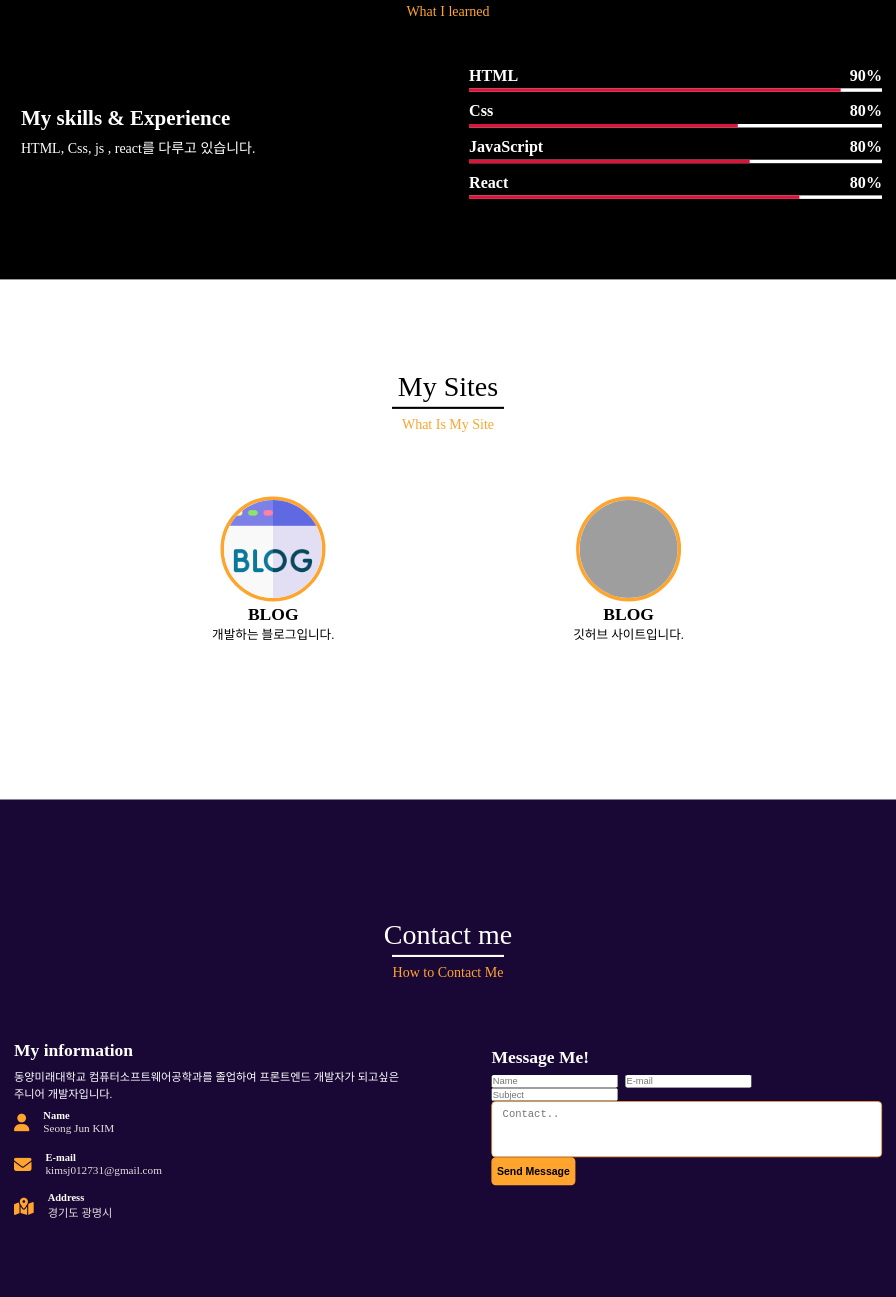
Repository: jun01270/jun
Page: index.html
The author's editor kept a copy of each file at every save. The page is drawn from the files as they stood at one save, then again after the next save.
The browser window is 1280 px wide. The pictures show the part of the page from y = 1903 to 3823 px (the page is 3756 px tall before and 3823 px after), at 70% of full size.
Pictures or frames that could not be fetched are drawn as grey boxes. Some web libraries are served in a nearby version.

Above is the page before, as saved 2023-05-11 16:43:58.

### index.html
<!DOCTYPE html>
<html lang="en">
  <head>
    <meta charset="UTF-8" />
    <meta http-equiv="X-UA-Compatible" content="IE=edge" />
    <meta name="viewport" content="width=device-width, initial-scale=1.0" />
    <link rel="stylesheet" href="./css/style.css" />
    <link rel="stylesheet" href="./css/home.css" />
    <link rel="stylesheet" href="./css/about.css" />
    <link rel="stylesheet" href="./css/skills.css" />
    <link rel="stylesheet" href="./css/mysites.css" />
    <link rel="stylesheet" href="./css/contact.css" />

    <script
      src="https://kit.fontawesome.com/252eac6dbf.js"
      crossorigin="anonymous"
    ></script>
    <title>Jun's site</title>
  </head>
  <body>
    <nav class="navbar">
      <div class="max-width">
        <div class="logo">
          <a href="#home">Jun's <span>Site</span></a>
        </div>
        <ul class="menu-bar">
          <li><a href="#home" class="menu-btn" id="homeID">Home</a></li>
          <li><a href="#about" class="menu-btn" id="homeID">About</a></li>
          <li><a href="#skills" class="menu-btn">Skills</a></li>
          <li><a href="#my-sites" class="menu-btn">My Sties</a></li>
          <li><a href="#contact" class="menu-btn">Contact</a></li>
        </ul>
      </div>
    </nav>

    <!--home섹션-->
    <section class="home" id="home">
      <div class="max-width">
        <div class="home-section">
          <div class="text-1">Hello! My Name is</div>
          <div class="text-2">Seong Jun KIM</div>
          <div class="text-3">My skills <span class="typing1">HTML</span></div>
        </div>
      </div>
    </section>

    <!--about섹션-->
    <section class="about" id="about">
      <div class="max-width">
        <h2 class="title">About</h2>
        <div class="about-content">
          <div class="left-column"><img src="./img/profile.jpg" /></div>
          <div class="right-column">
            <div class="about-text">I'm Seong Jun KIM</div>
            <div class="about-skills">
              My skills <span class="typing2">HTML</span>
            </div>
            <p>
              안녕하세요 프론트엔드 개발자를 꿈꾸는 주니어 개발자 김성준입니다.
            </p>
          </div>
        </div>
      </div>
    </section>

    <!--skills섹션-->
    <section class="skills" id="skills">
      <div class="max-width">
        <h2 class="title">My Skills</h2>
        <div class="skills-content">
          <div class="left-column">
            <div class="skills-text">
              <div class="sub-title">My skills & Experience</div>
              <p>HTML, Css, js , react를 다루고 있습니다.</p>
            </div>
          </div>
          <div class="right-column">
            <div class="bars">
              <div class="bars-content">
                <span>HTML</span>
                <span>90%</span>
              </div>
              <div class="line html"></div>
            </div>
            <div class="bars">
              <div class="bars-content">
                <span>Css</span>
                <span>80%</span>
              </div>
              <div class="line css"></div>
            </div>
            <div class="bars">
              <div class="bars-content">
                <span>JavaScript</span>
                <span>80%</span>
              </div>
              <div class="line js"></div>
            </div>
            <div class="bars">
              <div class="bars-content">
                <span>React</span>
                <span>80%</span>
              </div>
              <div class="line react"></div>
            </div>
          </div>
        </div>
      </div>
    </section>

    <!--My sties섹션-->
    <section class="my-sites">
      <div class="max-width">
        <h2 class="title">My Sites</h2>
        <div class="my-sites-content">
          <div class="left-column">
            <a href="https://web-jun.tistory.com/" target="_blank">
              <div class="site">
                <div class="site-images">
                  <img src="/img/blog.jpg" alt="" />
                  <div class="site-text">BLOG</div>
                  <p>개발하는 블로그입니다.</p>
                </div>
              </div>
            </a>
          </div>
          <div class="right-column">
            <a href="https://github.com/jun01270" target="_blank">
              <div class="site">
                <div class="site-images">
                  <img src="/img/github.jpg" alt="" />
                  <div class="site-text">BLOG</div>
                  <p>깃허브 사이트입니다.</p>
                </div>
              </div>
            </a>
          </div>
        </div>
      </div>
    </section>

    <!--Contact 섹션-->
    <section class="contact">
      <div class="max-width">
        <h2 class="title">Contact me</h2>
        <div class="contact-content">
          <div class="left column">
            <div class="contact-text">My information</div>
            <p>
              동양미래대학교 컴퓨터소프트웨어공학과를 졸업하여 프론트엔드
              개발자가 되고싶은 주니어 개발자입니다.
            </p>
            <div class="icons-content">
              <i class="fas fa-user"></i>
              <div class="info">
                <div class="head">Name</div>
                <div class="tail">Seong Jun KIM</div>
              </div>
            </div>
            <div class="icons-content">
              <i class="fas fa-envelope"></i>
              <div class="info">
                <div class="head">E-mail</div>
                <div class="tail">kimsj012731@gmail.com</div>
              </div>
            </div>
            <div class="icons-content">
              <i class="fas fa-map-marked-alt"></i>
              <div class="info">
                <div class="head">Address</div>
                <div class="tail">경기도 광명시</div>
              </div>
            </div>
          </div>
          <div class="right column">
            <div class="contact-text">Message Me!</div>
            <form action="#">
              <div class="fields">
                <div class="fields name">
                  <input type="text" placeholder="Name" />
                </div>
                <div class="fields Email">
                  <input type="email" placeholder="E-mail" />
                </div>
              </div>
              <div class="fields subject">
                <input type="text" placeholder="Subject" />
              </div>
              <div class="fields contact-area">
                <textarea
                  cols="30"
                  rows="10"
                  placeholder="Contact.. "
                  required
                ></textarea>
              </div>
              <div class="button">
                <button type="submit">Send Message</button>
              </div>
            </form>
          </div>
        </div>
      </div>
    </section>

    <!--Footer섹션-->
    <footer></footer>

    <!--JS섹션-->
  </body>
</html>

### css/style.css
@import url("https://fonts.googleapis.com/css2?family=Lora&display=swap");

* {
  margin: 0;
  padding: 0;
  box-sizing: border-box;
  text-decoration: none;
}

.home .about .skills .my-sites .contact {
  padding-top: 86px;
}

html {
  scroll-behavior: smooth;
}

.max-width {
  max-width: 1300px;
  padding: 0 20px;
  margin: auto;
}

.section {
  padding: 100px 0;
}

/* .about, .skills, .my-sites, .contact, .footer{
    //폰트삽입
} */

.about .title,
.skills .title,
.my-sites .title,
.contact .title {
  position: relative;
  text-align: center;
  font-size: 40px;
  font-weight: 500;
  margin: 30px 0 100px 0;
  padding-bottom: 8px;
}

.about .title::before,
.skills .title::before,
.my-sites .title::before,
.contact .title::before {
  content: "";
  position: absolute;
  bottom: 0px;
  left: 50%;
  width: 160px;
  height: 3px;
  background-color: black;
  transform: translateX(-50%);
}

.title::after {
  content: "";
  position: absolute;
  bottom: -38px;
  left: 50%;
  font-size: 20px;
  color: rgb(255, 164, 45);
  padding: 5px;
  background-color: white;
  transform: translateX(-50%);
}

.about .about-content,
.skills .skills-content,
.my-sites .my-sites-content,
.contact .contact-content {
  display: flex;
  align-items: center;
  flex-wrap: wrap;
  justify-content: space-between;
}

.navbar {
  position: relative;
  width: 100%;
  padding: 20px 0;
  z-index: 999;
  transition: all 0.3s ease;
  background-color: burlywood;
}

.navbar .max-width {
  display: flex;
  align-items: center;
  justify-content: space-between;
}

.navbar .logo {
  font-size: 30px;
  font-weight: 600;
  margin-left: 20px;
  color: black;
}

.navbar .logo a {
  color: white;
  text-decoration: none;
}

.navbar .logo a span {
  color: orange;
  transition: all 0.3s ease;
}

.navbar .menu-bar li {
  list-style: none;
  margin: 5px 20px 0 0;
  display: inline-block;
}

.navbar .menu-bar li a {
  display: block;
  text-decoration: none;
  font-size: 20px;
  font-weight: 500;
  margin-left: 15px;
  transition: all 0.3s ease;
}

.menu-bar li:hover {
  background-color: orange;
  border-radius: 3px;
}

.navbar.sticky {
  padding: 20px 0;
  background-color: black;
}

.navbar.sticky .logo a span {
  color: white;
}

.navbar.sticky .menu-bar li a:hover {
  color: white;
}

.navbar .menu-btn {
  color: white;
  font-size: 25px;
  display: none;
  cursor: pointer;
}

@media screen and (max-width: 700px) {
  .navbar {
    flex-direction: column;
    align-items: flex-start;
    margin: 0;
  }

  .menu-bar {
    flex-direction: column;
    align-items: center;
    width: 100%;
  }

  .menu-bar li {
    width: 100%;
    text-align: center;
  }
}

### css/home.css
.home {
  display: flex;
  height: 100vh;
  min-height: 500px;
  color: white;
  background: url("../img/back.jpg") no-repeat center;
  background-size: cover;
}

.home .max-width {
  margin: auto 0 auto 40px;
}

.home .home-section .text1 {
  font-size: 30px;
}

.home .home-section .text2 {
  font-size: 75px;
  font-weight: 600;
}

.home .home-section .text-3 {
  font-size: 40px;
}

.home .home-section .text-3 span {
  color: orange;
  font-weight: 500;
}

### css/about.css
.about {
  padding: 100px 0;
  transition: all 0.3s ease;
}

.about .title::after {
  content: "Who I am";
  background-color: white;
}

.about .about-content {
  margin-bottom: 100px;
}

.about .about-content .left-column {
  width: 45%;
}

.about .about-content .left-column img {
  height: 400px;
  width: 400px;
  object-fit: cover;
  border-radius: 6px;
}

.about .about-content .right-column {
  width: 55%;
  margin-bottom: 50px;
}

.about .about-content .right-column .about-text,
.about .about-content .right-column .about-skills {
  font-size: 30px;
  font-weight: 600;
  margin-bottom: 10px;
}

.about .about-content .right-column .about-skills span {
  color: orange;
}

.about .about-content .right-column P {
  text-align: justify;
  font-size: 20px;
}

### css/skills.css
.skills {
  padding: 100px 0;
  transition: all 0.3s ease;
}

.skills .title {
  padding-top: 30px;
}

.skills .title::before {
  background-color: white;
}

.skills .title::after {
  content: "What I learned";
  background-color: black;
}

.skills {
  color: white;
  background-color: black;
  padding-bottom: 100px;
}

.skills .sub-title {
  font-size: 30px;
  font-weight: 600;
  padding-bottom: 10px;
}

.skills .skills-content .left-column,
.skills .skills-content .right-column {
  width: calc(50% - 30px);
}

.skills .skills-content .left-column .skills-text {
  font-size: 23px;
  font-weight: 300;
  margin: 0 0 20px 10px;
  text-align: justify;
}

.skills .skills-content .left-column p {
  font-size: 20px;
}

.skills .skills-content .right-column .bars {
  margin-bottom: 15px;
}

.skills .skills-content .right-column .bars-content {
  display: flex;
  margin-bottom: 5px;
  align-items: center;
  justify-content: space-between;
}

.skills .skills-content span {
  font-size: 23px;
  font-weight: 600;
}

.skills .skills-content .right-column .line {
  height: 5px;
  background-color: white;
  width: 100%;
  position: relative;
}

.skills .skills-content .right-column .line::before {
  content: "";
  position: absolute;
  height: 100%;
  left: 0;
  top: 0;
  background-color: crimson;
}

.skills .skills-content .right-column .html::before {
  width: 90%;
}

.skills .skills-content .right-column .css::before {
  width: 65%;
}

.skills .skills-content .right-column .js::before {
  width: 68%;
}

.skills .skills-content .right-column .react::before {
  width: 80%;
}

### css/mysites.css
.my-sites {
  padding: 100px 0;
  transition: all 0.3s ease;
}

.my-sites .title::after {
  content: "What Is My Site ";
}

.my-sites .my-sites-content {
  margin-bottom: 100px;
}

.my-sites .my-sites-content .left-column {
  margin-left: 20%;
}

.my-sites .my-sites-content .right-column {
  margin-right: 20%;
}

.my-sites .my-sites-content a {
  display: flex;
  text-align: center;
  color: black;
}

.my-sites .my-sites-content a,
.my-sites .my-sites-content a:visited,
.my-sites .my-sites-content a:active,
.my-sites .my-sites-content a:hover {
  text-decoration: none;
}

.my-sites .my-sites-content .site {
  background-color: white;
  border-radius: 6px;
  padding: 25px 35px;
  transition: all 0.3s ease;
}

.my-sites .my-sites-content .site img {
  height: 150px;
  width: 150px;
  object-fit: cover;
  border-radius: 50%;
  border: 5px solid rgb(255, 164, 45);
  transition: all 0.3 ease;
}

.my-sites .my-sites-content .site-text {
  font-size: 25px;
  font-weight: 600;
}

.my-sites .my-sites-content p {
  font-size: 18px;
  text-align: justify;
}

.my-sites .my-sites-content .site:hover {
  background-color: rgb(25, 8, 53);
  color: white;
  transform: scale(1.05);
}

.my-sites .my-sites-content .site:hover img {
  border-color: white;
}

### css/contact.css
.contact {
  color: white;
  background-color: rgb(25, 8, 53);
  padding-bottom: 50px;
  padding: 100px 0;
  transition: all 0.3s ease;
}

.contact .title {
  padding-top: 40px;
  margin-bottom: 120px;
  color: white;
}

.contact .title::before {
  background-color: white;
}

.contact .title::after {
  content: "How to Contact Me";
  background-color: rgb(25, 8, 53);
}

.contact .contact-content .column {
  width: 45%;
}

.contact .contact-content .contact-text {
  font-size: 25px;
  font-weight: 600;
  padding-bottom: 10px;
}

.contact .contact p {
  font-size: 15px;
  text-align: justify;
}

.contact .contact-content .left .icons {
  margin: 15px 0;
}

.contact .contact-content .icons-content {
  display: flex;
  align-items: center;
  height: 60px;
}

.contact .contact-content .icons-content i {
  margin-right: 20px;
  font-size: 25px;
  color: rgb(255, 164, 45);
}

.contact .contact-content .icons-content .info .head {
  font-weight: 600;
  font-size: 15px;
}

.contact .contact-content .icons-content .info .tail {
  color: rgb(230, 220, 220);
}

.contact .contact-content .fields {
  display: flex;
}

.contact .contact-content .field,
.contact .contact-content .fields .field {
  height: 40px;
  width: 100%;
  margin-bottom: 15px;
}

.contact .contact-content .right {
  margin-bottom: 50px;
}

.contact .contact-content .right .contact-area {
  height: 80px;
  width: 100%;
}

.contact .right form .name {
  margin-right: 10px;
}

.contact .right form .email {
  margin-left: 10px;
}

.contact .right form .field input,
.contact .right form .contact-area textarea {
  height: 100%;
  width: 100%;
  border: 1px solid rgb(255, 164, 45);
  border-radius: 6px;
  outline: none;
  padding: 0 15px;
  font-size: 15px;
}

.contact .right form .contact-area textarea {
  padding-top: 10px;
  resize: none;
}

.contact .right form .button {
  height: 40px;
  width: 120px;
}

.contact .right form .button button {
  width: 100%;
  height: 100%;
  border: 2px solid rgb(255, 164, 45);
  background-color: rgb(255, 164, 45);
  border-radius: 6px;
  font-size: 15px;
  font-weight: 600;
  transition: all 0.3s ease;
}

.contact .right form .button button:hover {
  color: rgb(255, 164, 45);
  background: none;
}

After the next save:
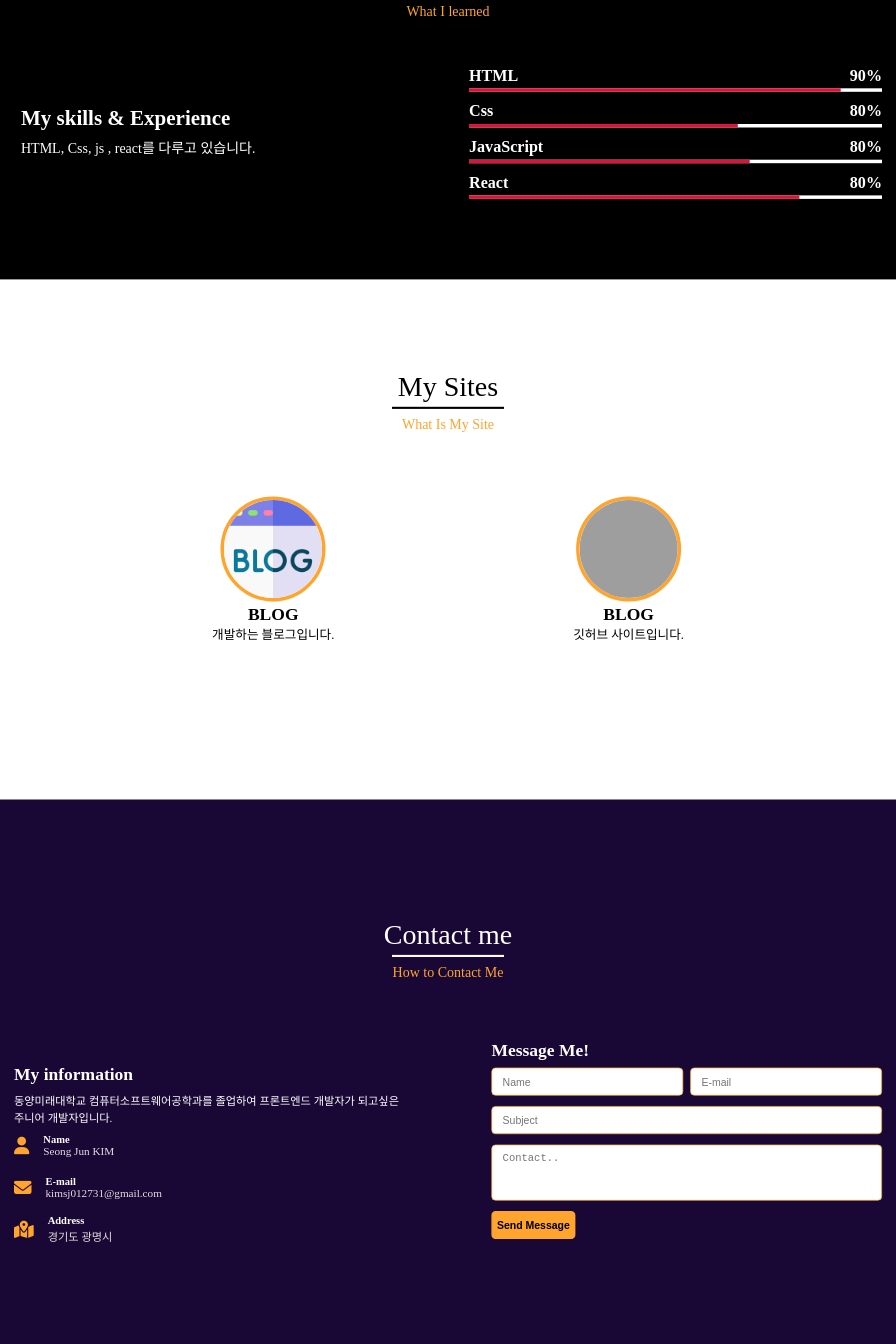
Saved 61 min 48 s later.
--- a/index.html
+++ b/index.html
@@ -176,17 +176,17 @@
             <div class="contact-text">Message Me!</div>
             <form action="#">
               <div class="fields">
-                <div class="fields name">
+                <div class="field name">
                   <input type="text" placeholder="Name" />
                 </div>
-                <div class="fields Email">
+                <div class="field Email">
                   <input type="email" placeholder="E-mail" />
                 </div>
               </div>
-              <div class="fields subject">
+              <div class="field subject">
                 <input type="text" placeholder="Subject" />
               </div>
-              <div class="fields contact-area">
+              <div class="field contact-area">
                 <textarea
                   cols="30"
                   rows="10"
